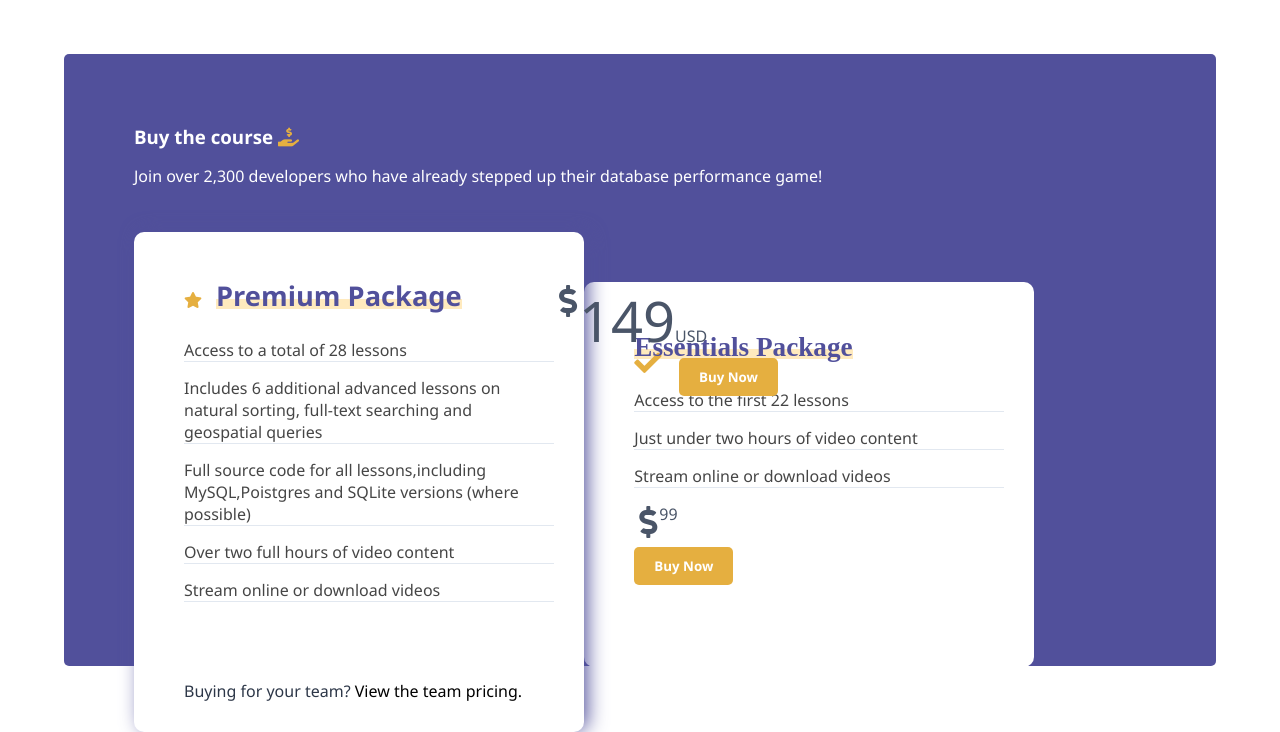
Repository: Z-ayat/Challenges
Page: Challenge 4/index.html
The author's editor kept a copy of each file at every save. The page is drawn from the files as they stood at one save, then again after the next save.
The browser window is 1280 px wide. The pictures show the whole page.
Some web libraries are served in a nearby version.

Above is the page before, as saved 2021-09-07 03:01:35.

After the next save:
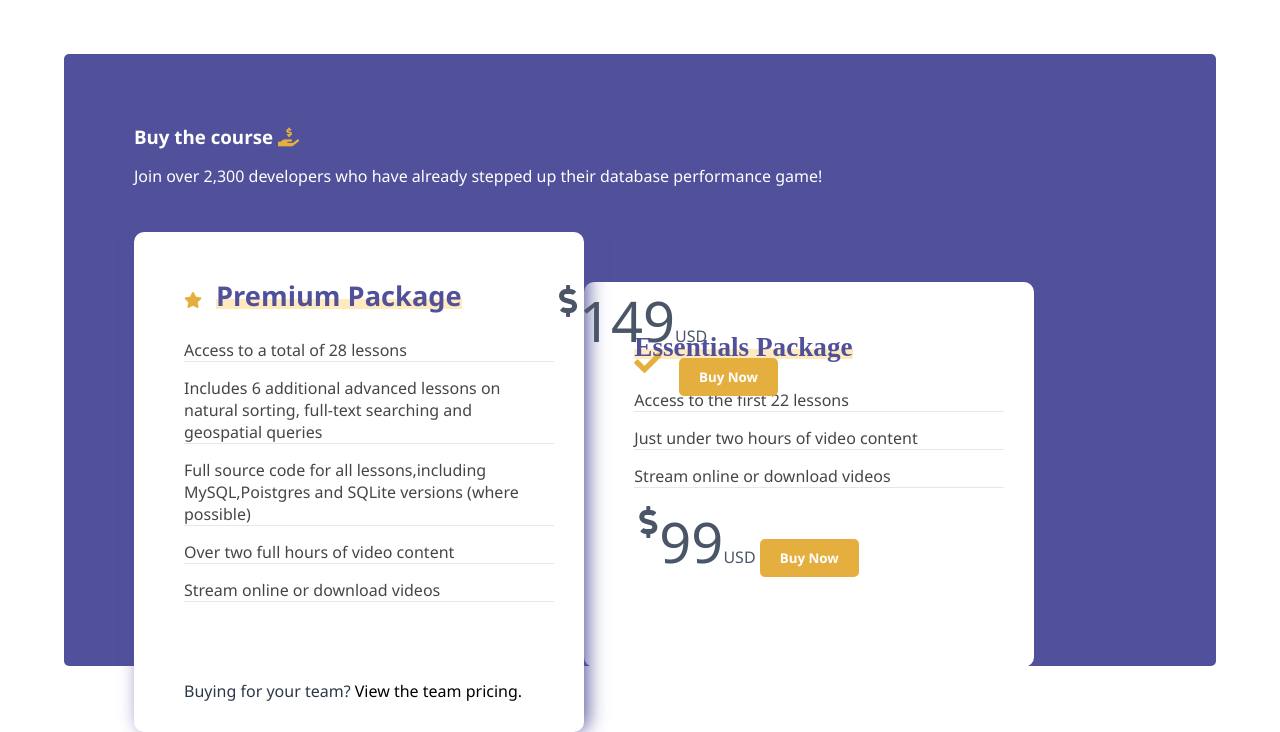
Saved 17 s later.
--- a/Challenge 4/index.html
+++ b/Challenge 4/index.html
@@ -37,10 +37,8 @@
                 <p class="specs"><span class="import">Access to the first 22 lessons</span></p>
                 <p class="specs">Just under two hours of video content</p>
                 <p class="specs">Stream online or download videos</p>
-                <p class="dollar-sign">99
-                    <p class="usd">USD</p>
-                </p>
-                <button class="btn btn2">Buy Now</button>
+                <p class="dollar-sign"><span class="price">99</span><span class="usd">USD</span></ح>
+                    <button class="btn btn2">Buy Now</button>
             </div>
         </div>
 </body>
